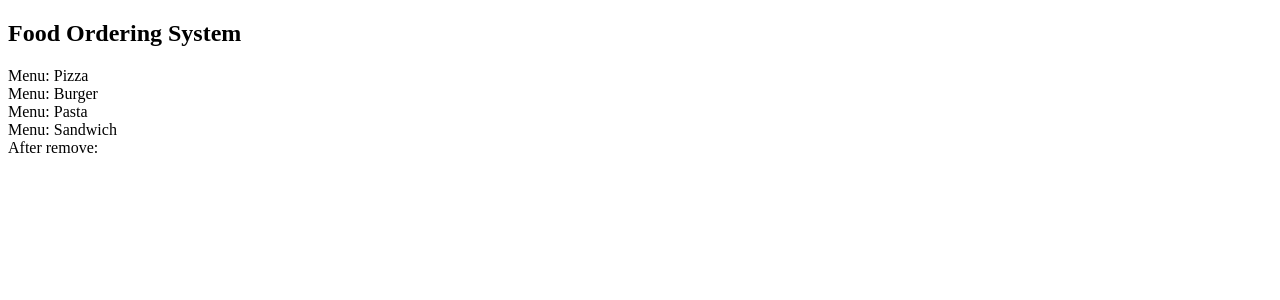
Repository: ashwinii19/Core-Java-Learning
Page: http://localhost/25-JSTL/Food Ordering System.jsp
These files come from the project's save history. The page is drawn as it stood at one moment and after the next save; the edit follows.
The browser window is 1280 px wide. The pictures show the whole page.
The page is served by Tomcat 9.

Above is the page before, as saved 2025-08-22 03:24:47.

After the next save:
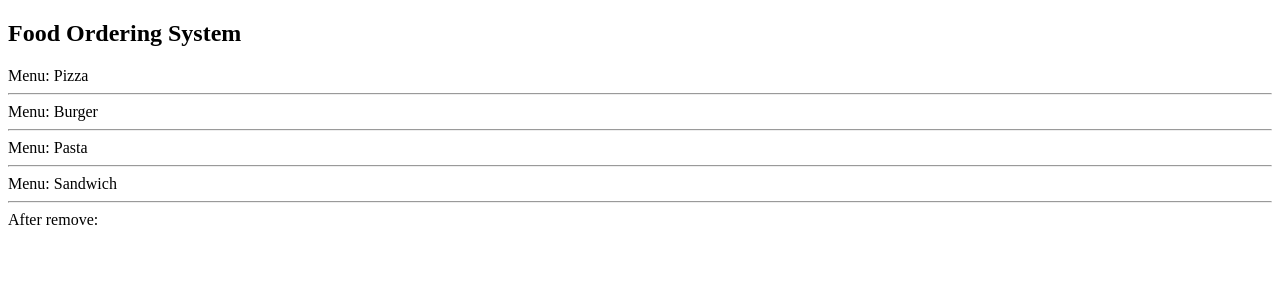
Saved 19 s later.
--- a/25-JSTL/src/main/webapp/Food Ordering System.jsp
+++ b/25-JSTL/src/main/webapp/Food Ordering System.jsp
@@ -13,7 +13,7 @@
 	<c:set var="order" value="Pizza, Burger, Pasta, Sandwich"></c:set>
 
 	<c:forTokens var="item" items="${order }" delims=",">
-		Menu: ${item }<br>
+		Menu: ${item }<br><hr>
 	</c:forTokens>
 
 	<c:remove var="order"/>After remove: ${order }
